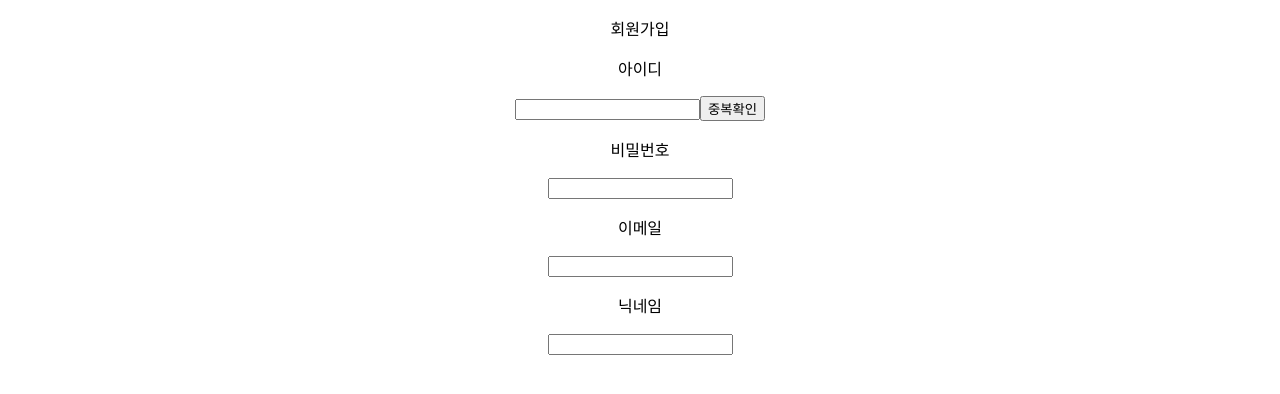
Repository: TeamCosine/Front
Page: /invite
These files come from the project's save history. The page is drawn as it stood at one moment and after the next save; the edit follows.
The browser window is 1280 px wide. The pictures show the whole page.
The project was rebuilt for these pictures with package versions that can differ from the ones it lists, and the page was loaded fresh each time. Also part of the build but not shown: src/components/home/Card.js, src/pages/Home.js, src/pages/Profile.js, src/pages/Login.js, src/components/MyInfo/Card.js, src/pages/MyInfo.js, src/pages/Write.js, src/components/common/Title.js and 1 more.

Above is the page before, as saved 2023-07-15 22:06:23.

### src/App.js
import React from 'react';
import './App.css';

import {BrowserRouter, Routes, Route} from 'react-router-dom';
import Home from './pages/Home';
import Profile from './pages/Profile';
import Login from './pages/Login';
import MyInfo from './pages/MyInfo';
import Write from './pages/Write';
import Qna from './pages/Qna';
import Invite from './pages/Invite';

function App() {
  return (
    <BrowserRouter>
    <div className="App">
      <Routes>
        <Route path = "/" element={<Login/>}/>
        <Route path = "/profile" element={<Profile/>}/>
        <Route path = "/myinfo" element = {<MyInfo/>} />
        <Route path = "/Write" element = {<Write/>} />
        <Route path = "/Qna" element={<Qna/>}/>
        <Route path = "/home" element = {< Home/>}/>
        <Route path = "/invite" element={<Invite/>}/>

      </Routes>
    </div>
    </BrowserRouter>
  );
}

export default App;

### src/pages/Invite.js
//회원가입 페이지입니다.
import React from "react";
import styled from 'styled-components';

const Container = styled.div`
   width: 100vw;
   background-color: #3E;
`;
const InviteContainer = styled.div``;
const IdContainer= styled.div``;
const InputId = styled.input``;
const PwContainer = styled(IdContainer)``;
const InputPw = styled(InputId)``;
const EmailContainer = styled(IdContainer)``;
const InputEmail = styled(InputId)``;
const NickContainer = styled(IdContainer)``;
const InputNick = styled(InputId)``;


const Invite =() =>{

    return (
        <>
          <Container>
            <InviteContainer>
                <p>회원가입</p>
                <IdContainer>
                    <p>아이디</p>
                    <InputId />
                    <button>중복확인</button>
                </IdContainer>
                <PwContainer>
                    <p>비밀번호</p>
                    <InputPw />

                </PwContainer>
                <EmailContainer>
                    <p>이메일</p>
                    <InputEmail />
                </EmailContainer>
                <NickContainer>
                    <p>닉네임</p>
                    <InputNick />
                </NickContainer>
                {/* button */}

            </InviteContainer>

          </Container>

        </>
    )

}

export default Invite;

Loaded but not shown: public/index.html (common file); src/index.js (common file); src/index.css (common file); src/reportWebVitals.js (common file); src/App.css (common file)

After the next save:
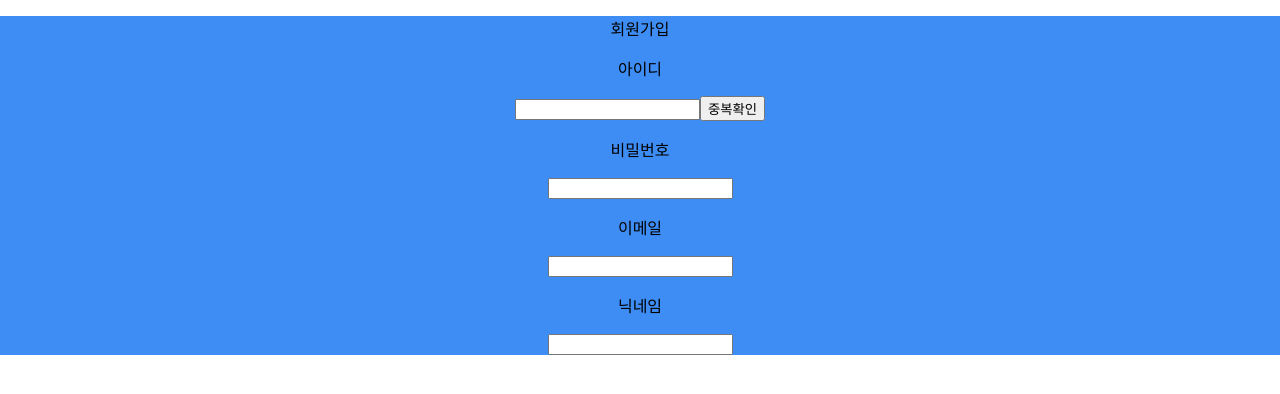
Saved 4 s later.
--- a/src/pages/Invite.js
+++ b/src/pages/Invite.js
@@ -4,7 +4,7 @@ import styled from 'styled-components';
 
 const Container = styled.div`
    width: 100vw;
-   background-color: #3E;
+   background-color: #3E8DF4;
 `;
 const InviteContainer = styled.div``;
 const IdContainer= styled.div``;
